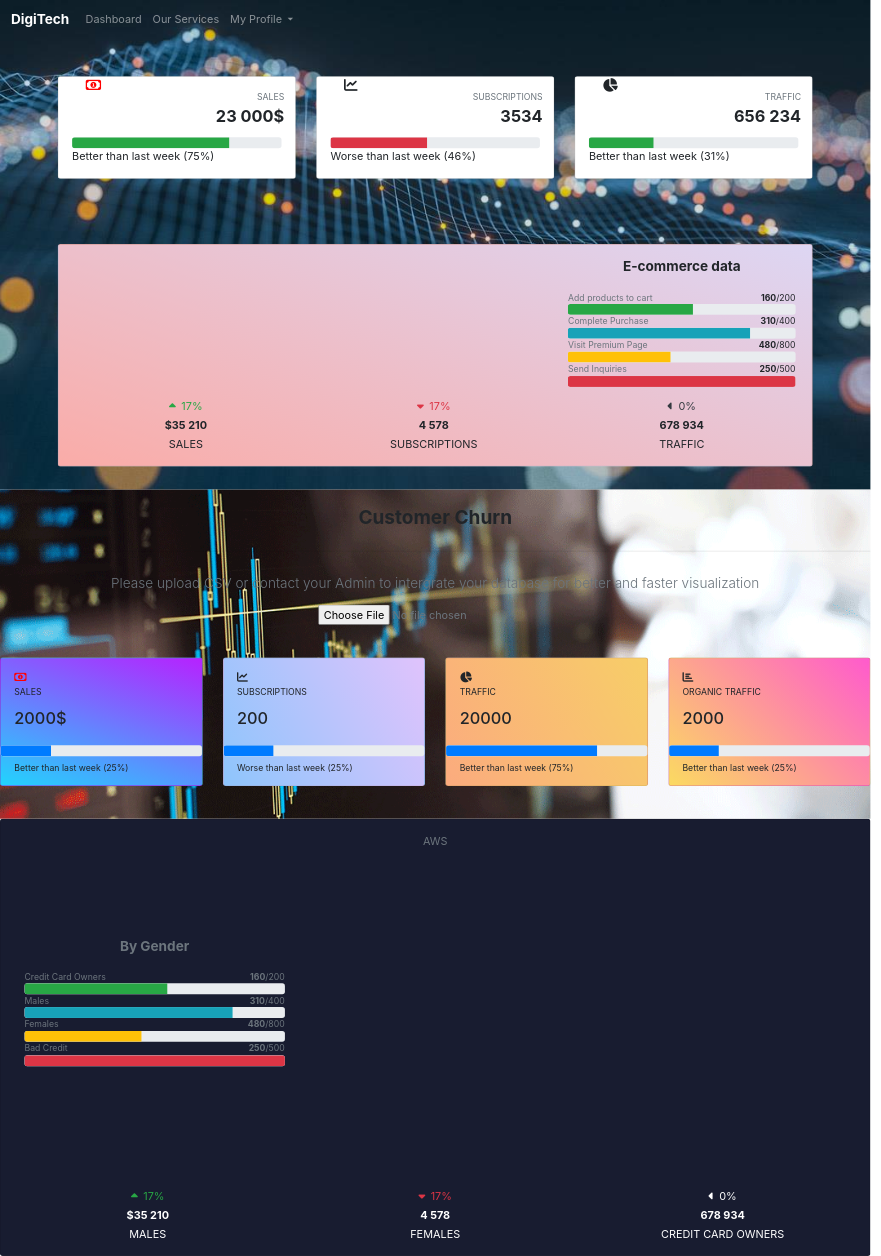
Repository: Tookliin/DigiTech
Page: /data
The author's editor kept a copy of each file at every save. The page is drawn from the files as they stood at one save, then again after the next save.
The browser window is 1280 px wide. The page is 1295 px wide, so the pictures cover 1295 px, including what lies to the right of the window. The pictures show the whole page, at 68% of full size.
The project was rebuilt for these pictures with package versions that can differ from the ones it lists, and the page was loaded fresh each time. Also part of the build but not shown: src/components/Dashboard.vue, src/components/Profile.vue, src/components/Error.vue, src/components/Register.vue.

Above is the page before, as saved 2020-07-22 08:45:06.

After the next save:
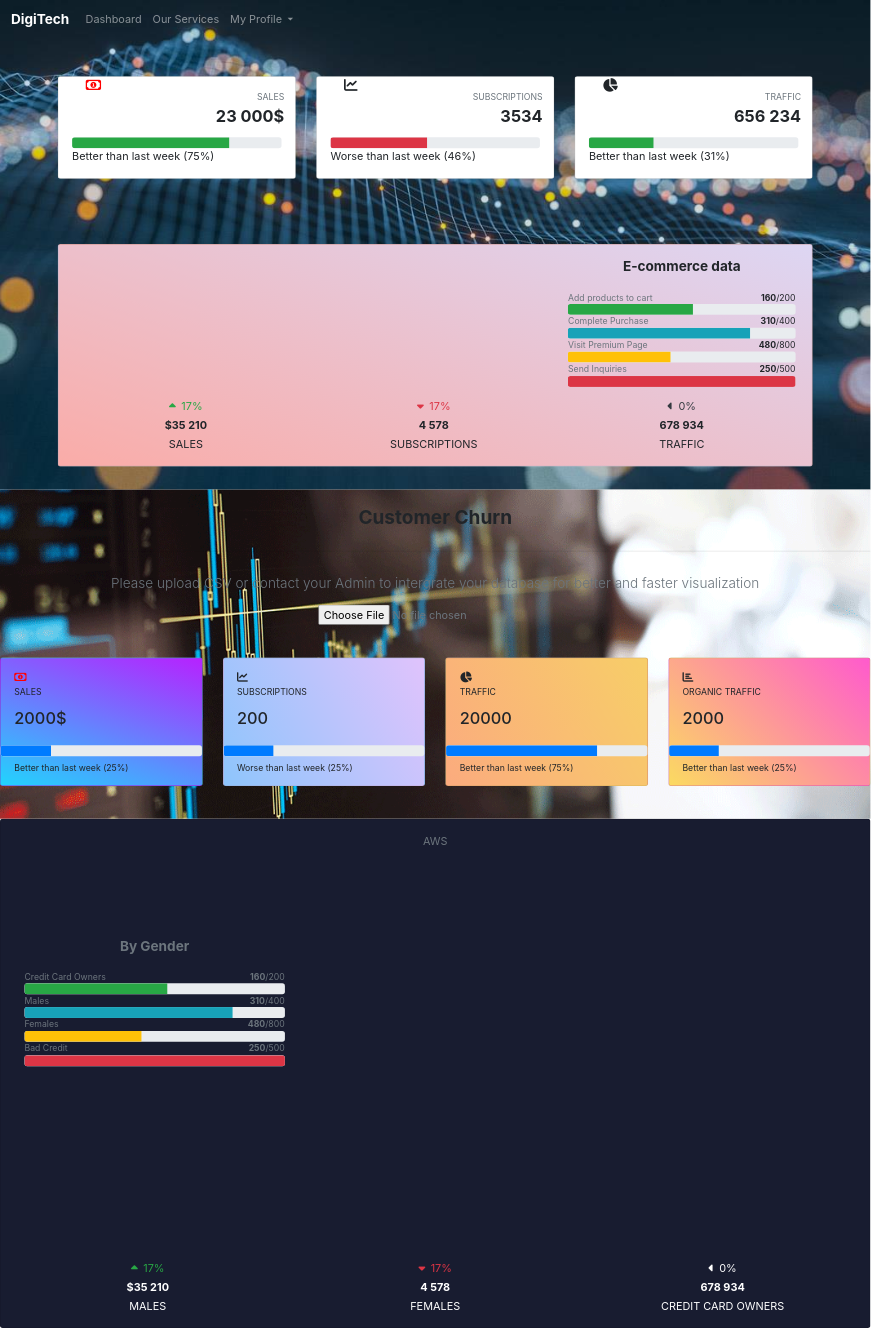
Saved 88 s later.
--- a/src/components/Organization.vue
+++ b/src/components/Organization.vue
@@ -262,6 +262,11 @@
               </div>
 
           </div>
+
+
+          <div class="col-md-6 mb-4">
+              <canvas id="barChart" height="100"></canvas>
+            </div>
                 </div>
 
 
